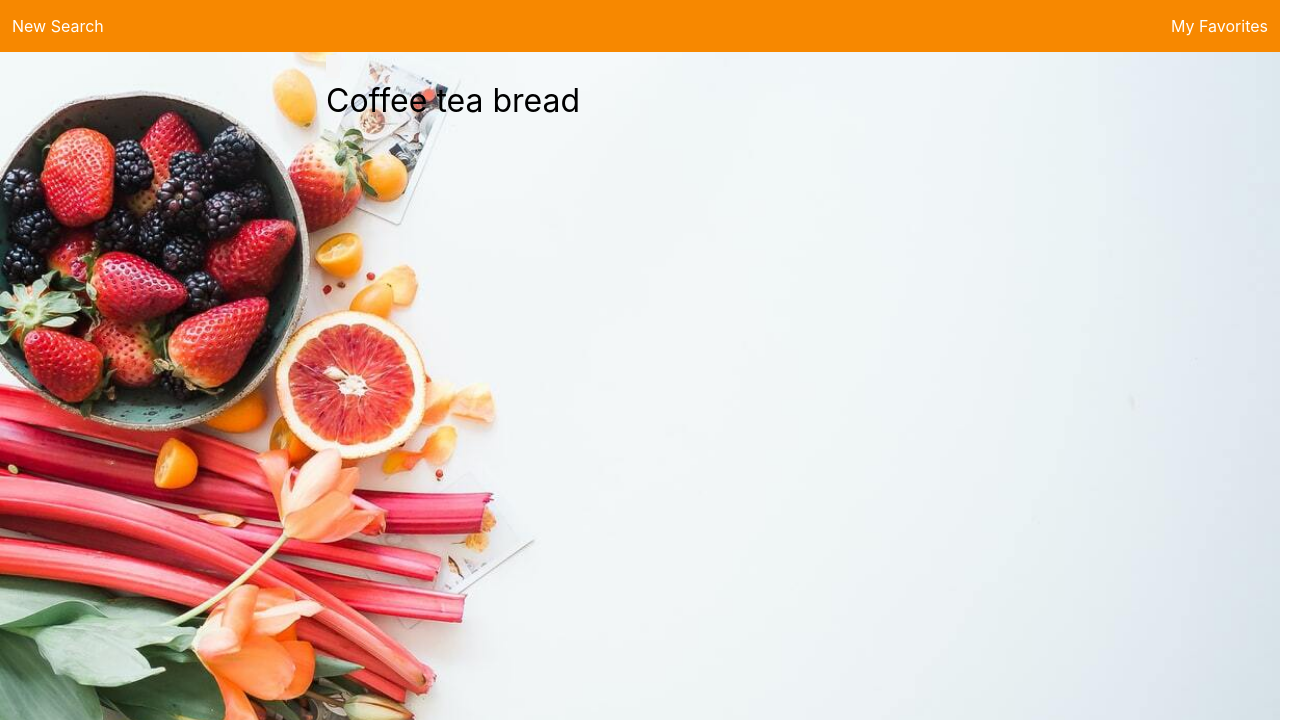
Repository: puakehaulani/the-hungry-app-proj1
Page: results.html
An editor plug-in stored every save of this project. The page is shown before and after the next save, followed by the edit.
The browser window is 1280 px wide. The page is 1292 px wide, so the pictures cover 1292 px, including what lies to the right of the window. The pictures show the whole page.

Above is the page before, as saved 2020-10-15 20:18:15.

After the next save:
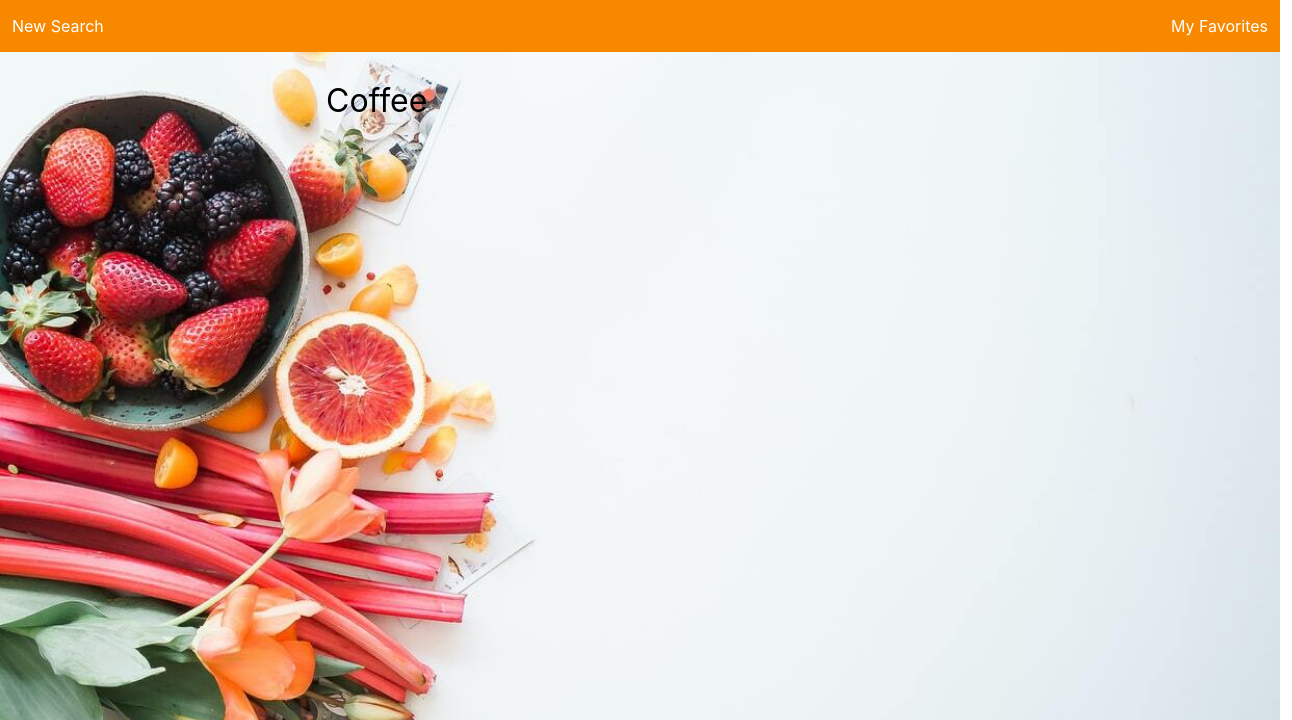
Saved 36 s later.
--- a/results.html
+++ b/results.html
@@ -32,9 +32,7 @@
               <p class="bd-notification is-primary">
                 <code class="html"></code><br>
           <ul id="display">
-              Coffee
-              tea
-              bread
+          <li>Coffee</li>
           </ul>
         </div>
         </p>
